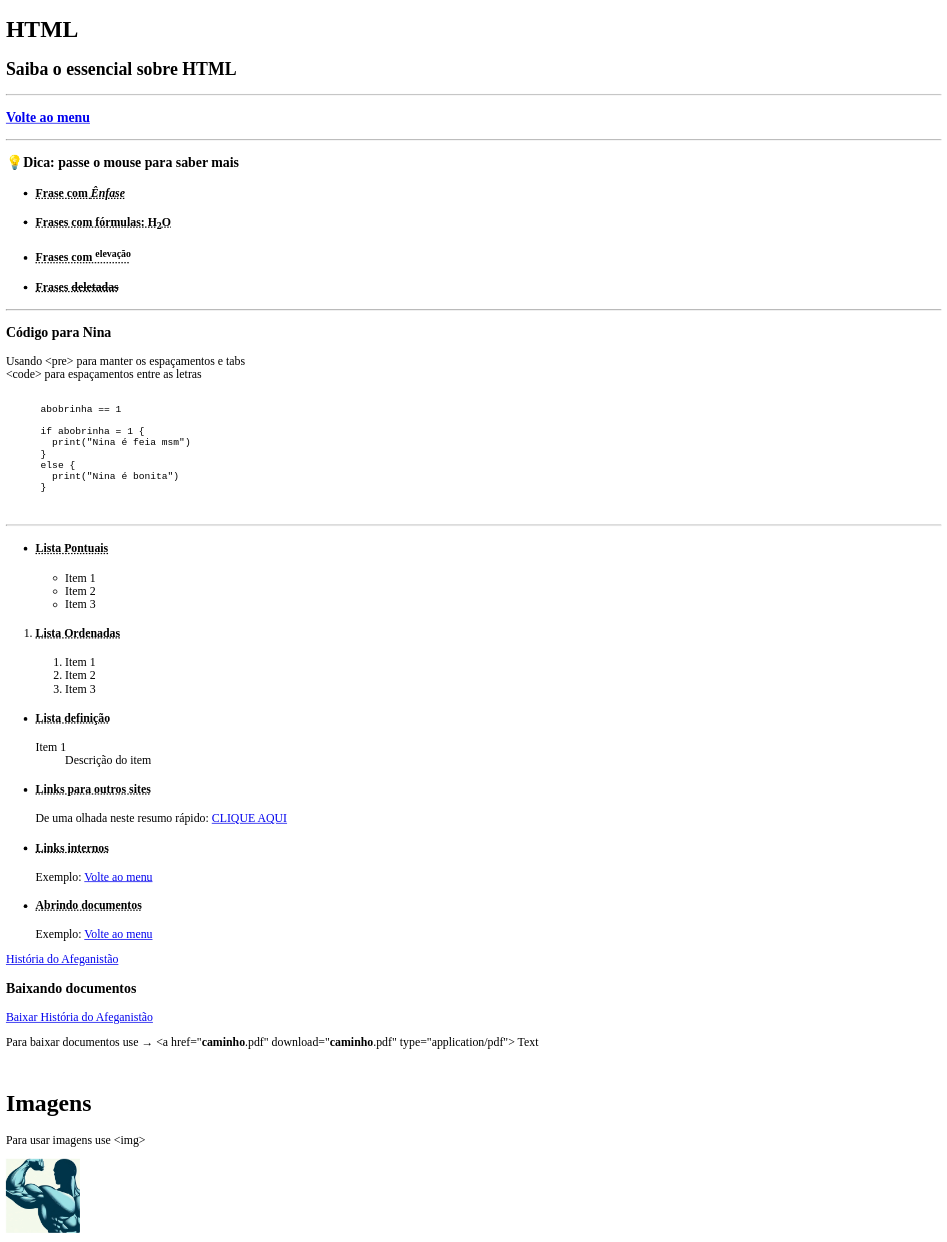
Repository: LuidyOn/Site_Forca_Total
Page: ForçaTotal/sobreHTML.html
The author's editor kept a copy of each file at every save. The page is drawn from the files as they stood at one save, then again after the next save.
The browser window is 1280 px wide. The pictures show the whole page, at 74% of full size.

Above is the page before, as saved 2025-05-15 21:00:55.

### ForçaTotal/sobreHTML.html
<!DOCTYPE html>
<html lang="pt-br">
<head>
  <meta charset="UTF-8">
  <meta name="viewport" content="width=device-width, initial-scale=1.0">
  <link rel="shortcut icon" href="img/icons/logo.ico" type="image/x-icon">
  <title>Testes Força total</title>
</head>
<body>
  <h1>HTML</h1>
  <h2>Saiba o essencial sobre HTML</h2>

  <hr>
  <h3><a href="index.html" rel="prev"> Volte ao menu</a></h3>
  <hr>

<h3>💡Dica: passe o mouse para saber mais</h3>

  <ul><li><h4> <abbr title="Para deixar uma frase com ênfase, usamos: <em> ">Frase com <em>Ênfase</em></h4> </abbr>
  </li></ul>

    <ul><li><h4><abbr title="Para utilizarmos frases 'baixas' ou fórmulas usamos: <sub></sub>"> Frases com fórmulas: H<sub>2</sub>O</abbr></h4> </li></ul>

  <ul><li><h4> <abbr title="Para utilizarmos frases com ênfase/superiores usamos: <sup></sup>">Frases com <sup>elevação</sup></h4> </abbr></li></ul>

  <ul><li><abbr title=" Para utilizarmos frases deletadas usamos: <del>"><h4>Frases <del>deletadas</del></h4></abbr></li></ul>

  <hr>

  <h3>Código para Nina</h3>
  <p>Usando &lt;pre&gt; para manter os espaçamentos e tabs <br> &lt;code&gt; para espaçamentos entre as letras</p>

  <p></p>

  <pre>
    <code>
      abobrinha == 1

      if abobrinha = 1 {
        print("Nina é feia msm")
      }
      else {
        print("Nina é bonita")
      }
    </code>
  </pre>

  <hr>

      <ul>
        <li>
          <abbr title="Para usar lista pontuadas use <ul>"> <h4>Lista Pontuais</h4> </abbr>
        </li>
          <ul>
            <li>Item 1</li>
            <li>Item 2</li>
            <li>Item 3</li>
          </ul>
      </ul>

      <ol>
        <li>
          <abbr title="Para usar lista ordenadas use <ol>"> <h4>Lista Ordenadas</h4> </abbr>
        </li>
          <ol>
            <li>Item 1</li>
            <li>Item 2</li>
            <li>Item 3</li>
          </ol>
      </ol>

          <ul>
            <li>
              <abbr title="Para usar uma lista de definição, use <dl> para agrupar os elementos(bloco), <dt> para o termo e <dd> para a descrição."> <h4>Lista definição</h4> </abbr>
              <dl>
                <dt>Item 1</dt>
                <dd>Descrição do item</dd>
              </dl>
            </li>
          </ul>

      <ul>
        <li><abbr title="dica → <a href='https...' target='_blank'></a> text </a>"><h4>Links para outros sites</h4></abbr>
        </li>
        <p>De uma olhada neste resumo rápido: <a href="https://www.youtube.com/watch?v=dQw4w9WgXcQ" target="_blank" rel="External"> CLIQUE AQUI </a></p>
      </ul>

      <ul>
        <li><abbr title="dica → <a href='caminho.html' rel='prev/next'></a>"><h4>Links internos</h4></abbr>
        </li>
        <p>Exemplo: <a href="index.html" rel="prev"> Volte ao menu</a></p>
      </ul>

      <ul>
        <li><abbr title="dica → <a href='caminho.html' rel='prev/next'></a>"><h4>Abrindo documentos</h4> </abbr>
        </li>
        <p>Exemplo: <a href="index.html" rel="prev"> Volte ao menu</a></p>
      </ul>




    <p><a href="Documentos/PDFs/GUERRA DO AFEGANISTÃO.pdf" target="_blank"> História do Afeganistão</a></p>








    <h3>Baixando documentos</h3>
    <p><a href="Documentos/PDFs/GUERRA DO AFEGANISTÃO.pdf" target="_blank" download="Documentos/PDFs/GUERRA DO AFEGANISTÃO.pdf" type="application/pdf"> Baixar História do Afeganistão</a></p>

    <p>Para baixar documentos use &rarr; &lt;a href="<strong>caminho</strong>.pdf" download="<strong>caminho</strong>.pdf" type="application/pdf"&gt; Text</p>

  <p><br></p>

  <h1>Imagens</h1>
  <p>Para usar imagens use &lt;img&gt;</p>
  <img src="img/parteSerior.png" alt="parte superior" style="width: 100px; height: 100px;">
</body>
</html>

After the next save:
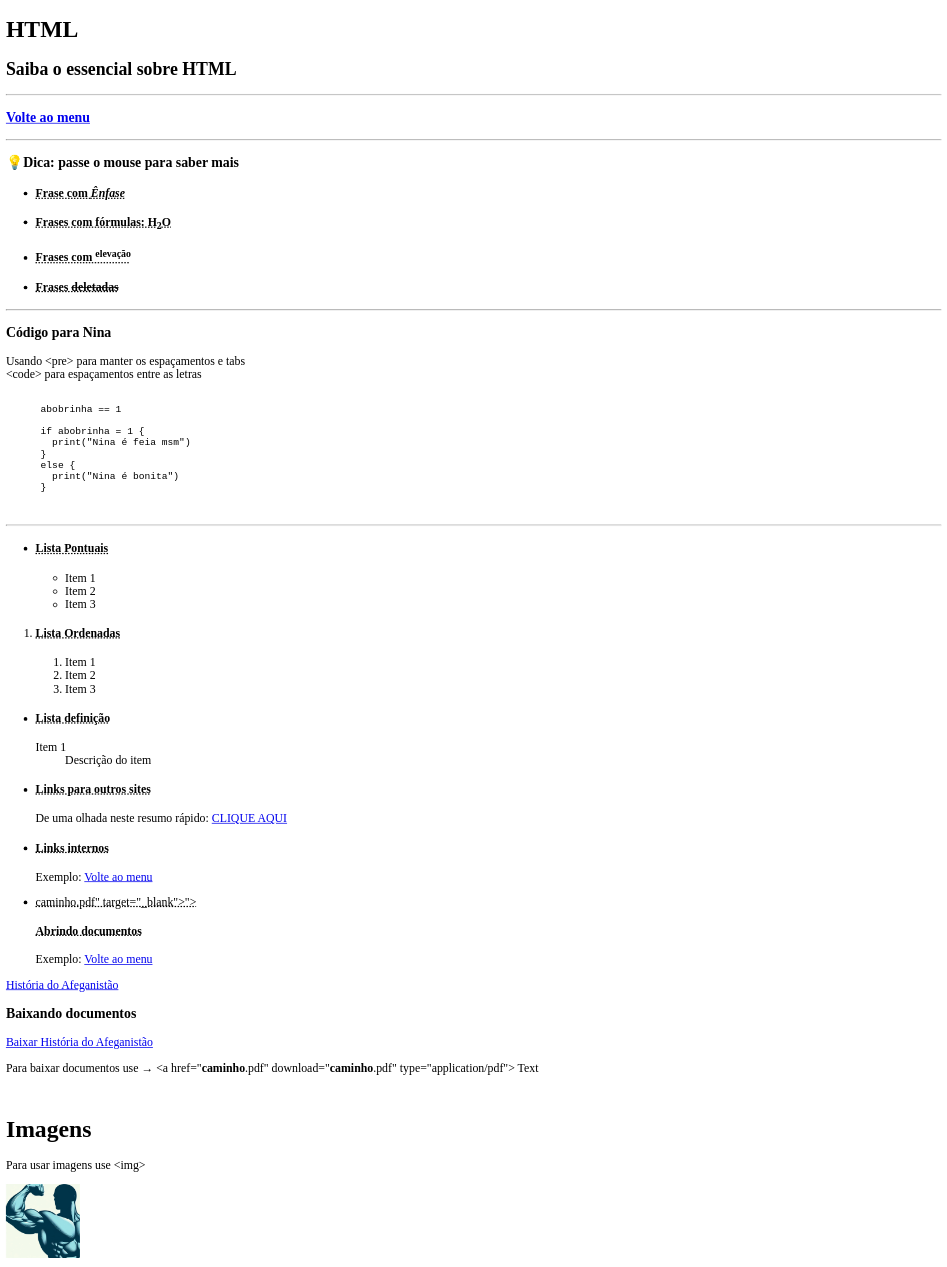
Saved 8 s later.
--- a/ForçaTotal/sobreHTML.html
+++ b/ForçaTotal/sobreHTML.html
@@ -92,7 +92,7 @@
       </ul>
 
       <ul>
-        <li><abbr title="dica → <a href='caminho.html' rel='prev/next'></a>"><h4>Abrindo documentos</h4> </abbr>
+        <li><abbr title="Para abrir documentos use: <a href="<strong>caminho</strong>.pdf" target="_blank"></a>"><h4>Abrindo documentos</h4> </abbr>
         </li>
         <p>Exemplo: <a href="index.html" rel="prev"> Volte ao menu</a></p>
       </ul>
